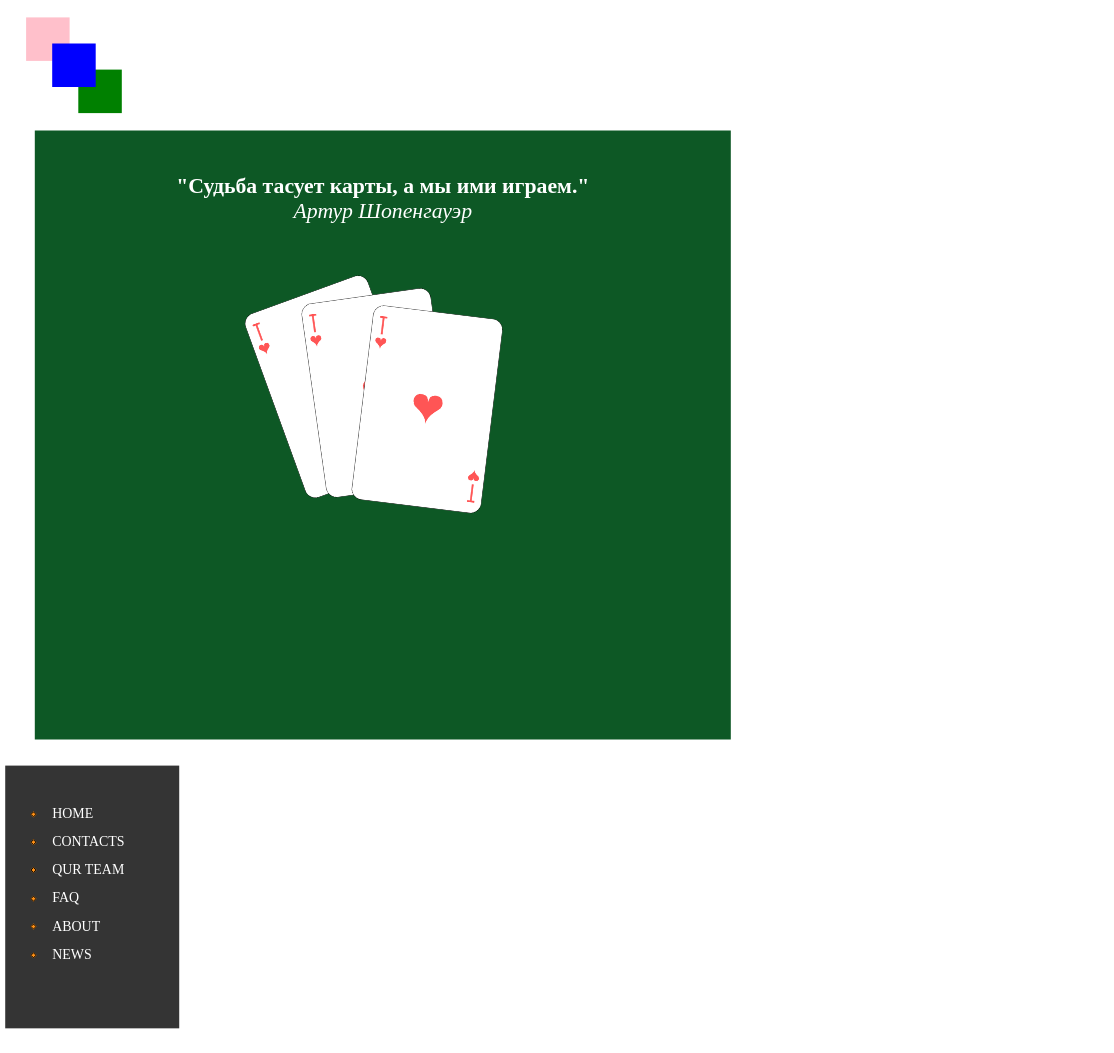
Repository: nataliiasaltan/MurkupHw_4
Page: index.html
These files come from the project's save history. The page is drawn as it stood at one moment and after the next save; the edit follows.
The browser window is 1280 px wide. The pictures show the whole page, at 87% of full size.
The pointer rests on the first visible `.inner`.

Above is the page before, as saved 2020-02-19 08:13:07.

After the next save:
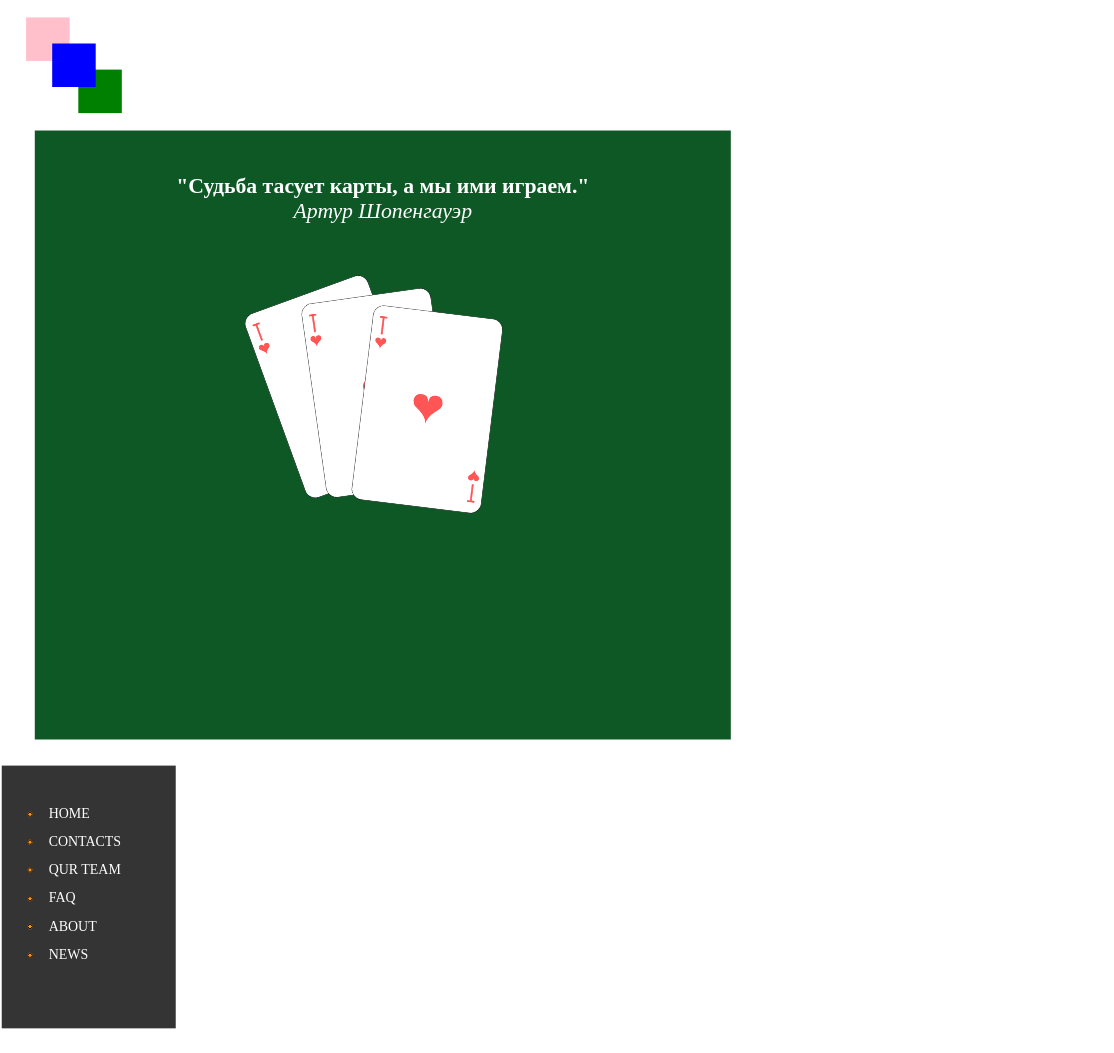
Saved 116 s later.
--- a/css/style.css
+++ b/css/style.css
@@ -128,7 +128,7 @@ cite{
 }
 
 .inner:hover > .menu {
-    transform: translateX(3%);
+    transform: translateX(1%);
 }
 
 .menu{
